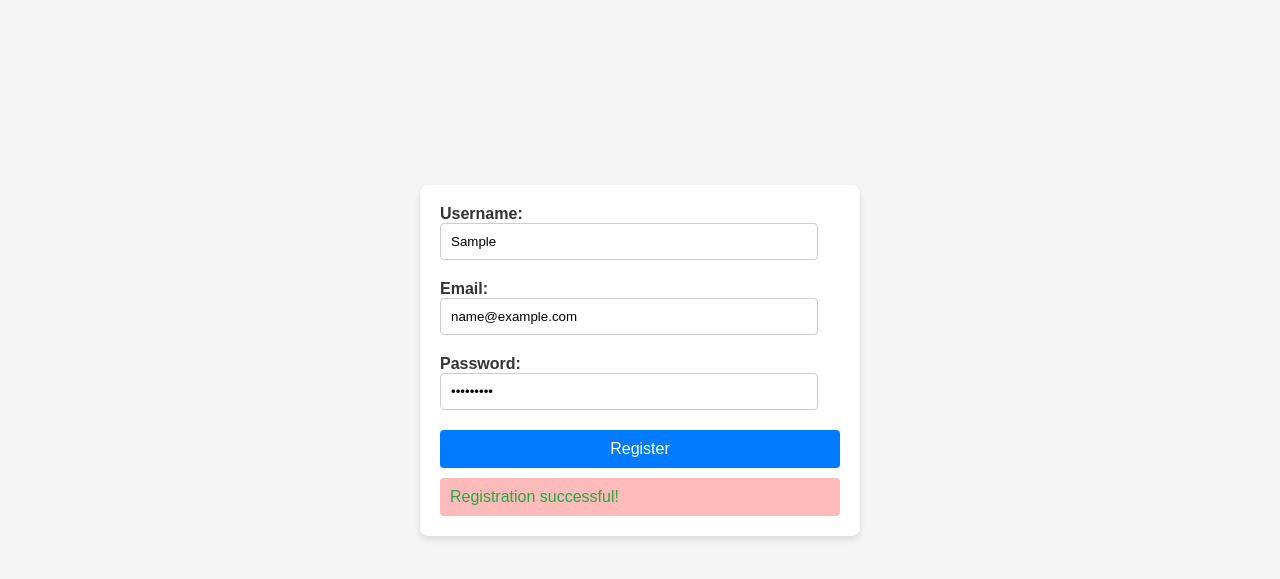
Repository: m-mwihaki/Form-Creation-Validation
Page: index.html
The author's editor kept a copy of each file at every save. The page is drawn from the files as they stood at one save, then again after a run of saves.
The browser window is 1280 px wide. The pictures show the whole page.
Empty fields were first filled with sample values (such as "Sample", 5 or name@example.com).
After loading, the first visible `#registration-form` was submitted once.

Above is the page before, as saved 2025-10-19 22:48:46.

### index.html
<!DOCTYPE html>
<html lang="en">
<head>
    <meta charset="UTF-8">
    <title>User Registration Form</title>
    <link rel="stylesheet" href="style.css">
</head>
<body>
    <form id="registration-form">
        <label for="username">Username:</label>
        <input type="text" id="username" required>

        <label for="email">Email:</label>
        <input type="email" id="email" required>

        <label for="password">Password:</label>
        <input type="password" id="password" required>

        <button type="submit">Register</button>
        <div id="form-feedback"></div>
    </form>
    <script src="script.js"></script>
</body>
</html>

### style.css
body {
    font-family: 'Arial', sans-serif;
    display: flex;
    justify-content: center;
    align-items: center;
    height: 100vh;
    background-color: #f5f5f5;
    margin: 0;
}

form {
    background: #ffffff;
    padding: 20px;
    border-radius: 8px;
    box-shadow: 0 4px 6px rgba(0, 0, 0, 0.1);
    width: 100%;
    max-width: 400px;
}

label {
    margin-bottom: 5px;
    font-weight: bold;
    color: #333;
}

input {
    padding: 10px;
    margin-bottom: 20px;
    border: 1px solid #ccc;
    border-radius: 4px;
    width: calc(100% - 22px); /* Adjust width to account for padding and border */
    box-sizing: border-box; /* Include padding and border in element's total width and height */
}

button {
    background-color: #007bff;
    color: white;
    padding: 10px 15px;
    border: none;
    border-radius: 4px;
    font-size: 16px;
    cursor: pointer;
    width: 100%;
    box-sizing: border-box;
    transition: background-color 0.3s ease;
}

button:hover {
    background-color: #0056b3;
}

#form-feedback {
    margin-top: 10px;
    padding: 10px;
    color: #d8000c;
    background-color: #ffbaba;
    border-radius: 4px;
    display: none; /* Initially hide the feedback div */
}

### script.js
document.addEventListener("DOMContentLoaded", function () {

    //form and feedback selection
const form = document.getElementById("registration-form");
const feedbackDiv = document.getElementById("form-feedback");

// form submission event listener
form.addEventListener('submit' , function(event) {
    event.preventDefault();

// retrieve and trim input values
    const username = document.getElementById("username").value.trim();
    const email = document.getElementById("email").value.trim();
    const password = document.getElementById("password").value.trim();

//initialize valiadtion variables
    let isValid = true;
    const messages = [];

//username valiadation
    if (username.length < 3) {
        isValid = false;
        messages.push("Username must be at least 3 characters long");
    }

//email validation
    if(!email.includes("@") || !email.includes(".")) {
        isValid = false;
        messages.push("Please enter a valid email address.")
    }

//password validation
    if (password.length < 8) {
        isValid = false;
        messages.push("Password must be at least 8 characters long")
    }


    feedbackDiv.style.display = "block";

    if(isValid) {
        feedbackDiv.textContent = "Registration successful!";
        feedbackDiv.style.color = "#28a745";
    } else {
        feedbackDiv.textContent = messages.join("<br>");
        feedbackDiv.style.color = "#dc3545";
    }
});
});

After the next 2 saves:
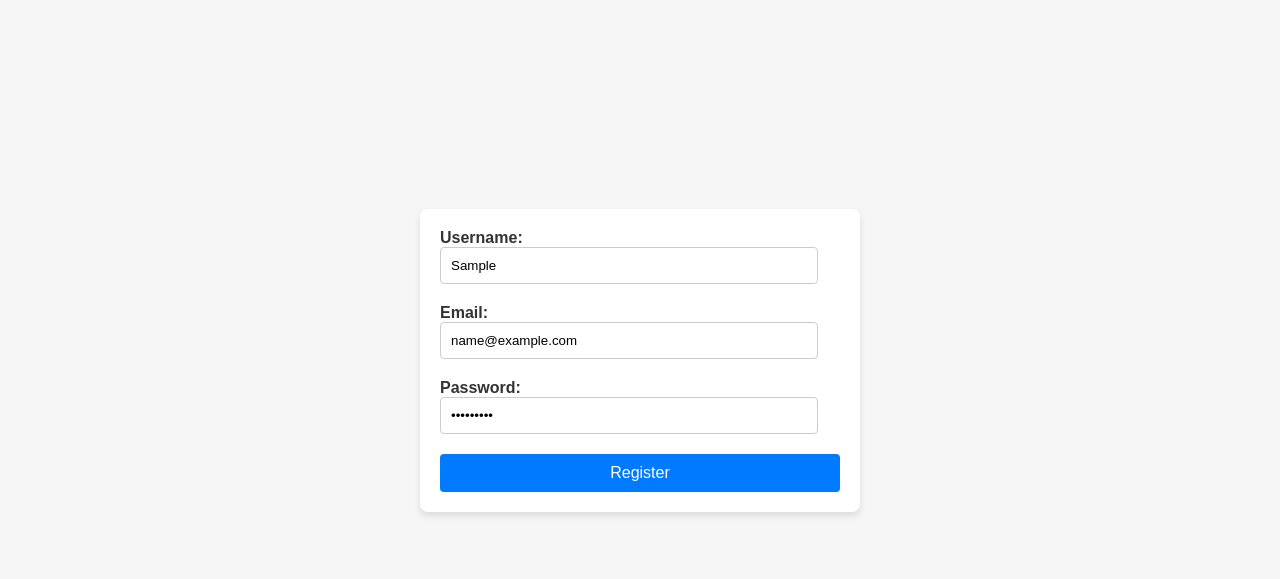
Console error: ReferenceError: usernameInput is not defined
The 2 saves are shown as one change because they came seconds apart.
The last was saved 91 s later.
--- a/script.js
+++ b/script.js
@@ -18,7 +18,7 @@ form.addEventListener('submit' , function(event) {
     const messages = [];
 
 //username valiadation
-    if (username.length < 3) {
+    if (usernameInput.length < 3) {
         isValid = false;
         messages.push("Username must be at least 3 characters long");
     }
